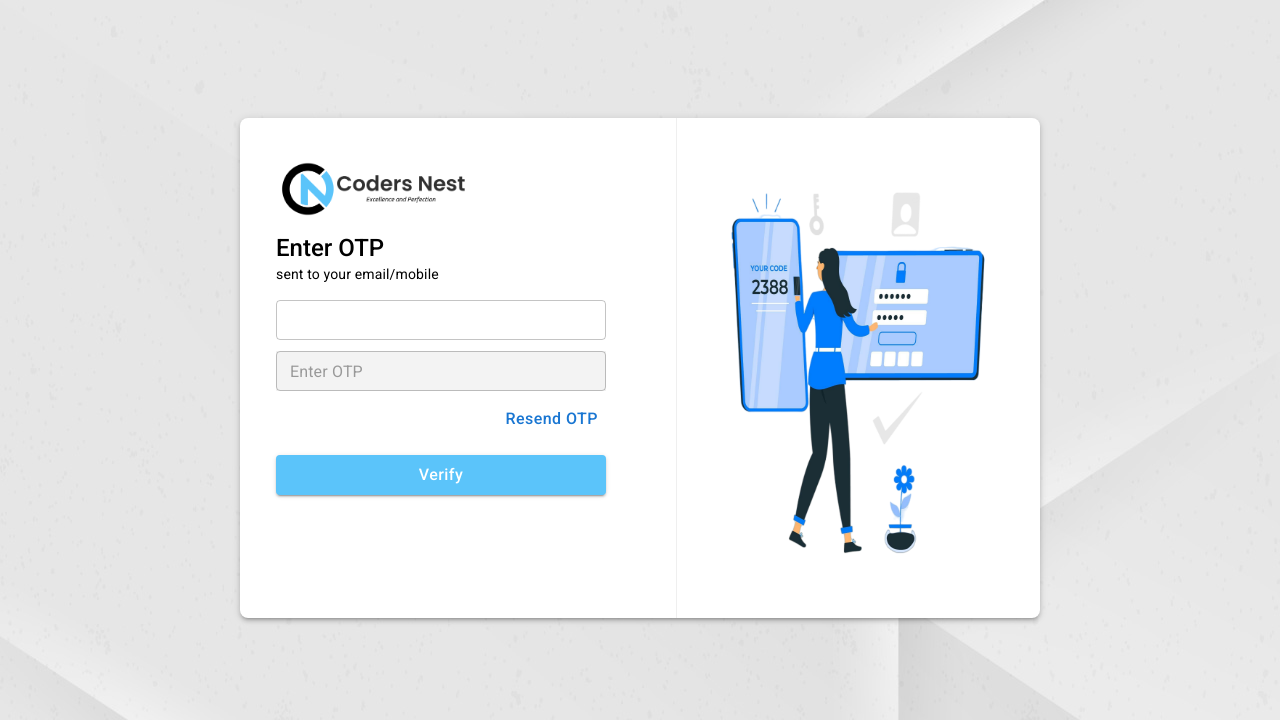
Repository: wajahadalishaik04/CN_Books
Page: /otpscreen
The author's editor kept a copy of each file at every save. The page is drawn from the files as they stood at one save, then again after the next save.
The browser window is 1280 px wide. The pictures show the whole page.
The project was rebuilt for these pictures with package versions that can differ from the ones it lists, and the page was loaded fresh each time. Also part of the build but not shown: vite.config.js, src/pages/LoginScreen.jsx, src/pages/Signin.jsx, src/pages/SignUp.jsx, src/pages/VerifyScreen.jsx, src/components/Header.jsx, src/components/SideBar.jsx, src/components/Content.jsx and 7 more.

Above is the page before, as saved 2024-09-30 17:35:23.

### index.html
<!DOCTYPE html>
<html lang="en">
  <head>
    <meta charset="UTF-8" />
    <link rel="preconnect" href="https://fonts.googleapis.com" />
    <link rel="preconnect" href="https://fonts.gstatic.com" crossorigin />
    <link
      rel="stylesheet"
      href="https://fonts.googleapis.com/css2?family=Roboto:wght@300;400;500;700&display=swap"
    />

    <meta name="viewport" content="width=device-width, initial-scale=1.0" />
    <title>CN_BOOKS</title>
  </head>
  <body>

    <div id="root"></div>
    <script type="module" src="/src/main.jsx"></script>
  </body>
</html>

### src/main.jsx
import { createRoot } from 'react-dom/client'
import App from './App.jsx'
import { Provider } from 'react-redux'
import store from './store/store.js'
import './styles/index.css'
createRoot(document.getElementById('root')).render(
 <Provider store={store}>
   <App />
 </Provider>
)

### src/App.jsx
import React from "react";
import LoginScreen from "./pages/LoginScreen";
import { BrowserRouter, Routes, Route, Navigate } from "react-router-dom";
import Signin from "./pages/Signin";
import { useSelector } from "react-redux";
import OtpScreen from "./pages/OtpScreen";
import SignUp from "./pages/SignUp";
import VerifyScreen from "./pages/VerifyScreen";
import DashboardScreen from "./pages/DashboardScreen";
import SideBar from "./components/SideBar";
import Header from "./components/Header";
import Customer from "./pages/Customer";
import WrapComponent from "./pages/WrapComponent";
import Category from "./pages/Category";
import NewCustomer from "./pages/customerscreens/NewCustomer";

const App = () => {
  const { user } = useSelector((e) => e.userReducer);
  return (
    <>
      <BrowserRouter>
        <Routes>
          <Route element={<WrapComponent />}>
            <Route path="/dashboardscreen" element={<DashboardScreen />} />
            <Route path="/customer" element={<Customer />} />
            <Route path="/category" element={<Category />} />
            <Route path="/newcustomer" element={<NewCustomer />} />

          </Route>
          <Route
            path="/"
            element={<Navigate to={user ? "/signin" : "/LoginScreen"} />}
          />
          <Route
            path="/signin"
            element={user ? <Navigate to={"/dashboardscreen"} /> : <Signin />}
          />
          <Route path="/loginscreen" element={<LoginScreen />} />
          <Route path="/otpscreen" element={<OtpScreen />} />
          <Route path="/signup" element={<SignUp />} />
          <Route path="/verifyscreen" element={<VerifyScreen />} />
        </Routes>
      </BrowserRouter>
    </>
  );
};

export default App;

### src/store/store.js
import { configureStore } from "@reduxjs/toolkit";
import { userReducer } from "./reducer";

const store = configureStore({
    reducer:{userReducer}
})
export default store;

### src/styles/index.css
*
{
    margin: 0;
    padding: 0;
    border: none;

}
.img
{
    background-color: red;
    background-clip: content-box;
    -webkit-background-clip: content-box;
    visibility: hidden;
}

### src/pages/OtpScreen.jsx
import React, { useState, useEffect } from "react";
import {
  Box,
  Button,
  TextField,
  Typography,
  Snackbar,
  Alert,
  styled,
} from "@mui/material";
import { images } from "../utils/ImgUtils";
import { useLocation, useNavigate } from "react-router-dom";

const OtpScreen = () => {
  const [otp, setOtp] = useState(""); // Store entered OTP
  const [sentOtp, setSentOtp] = useState(""); // Store generated OTP
  const [error, setError] = useState(""); // Store error messages
  const [resendDisabled, setResendDisabled] = useState(false); // Timer control for Resend OTP button
  const [snackbarOpen, setSnackbarOpen] = useState(false); // Snackbar control
  const [snackbarMessage, setSnackbarMessage] = useState(""); // Snackbar message
  const [timer, setTimer] = useState(0); // Timer state for Resend button

  const navigate = useNavigate();
  const location = useLocation();
  const { emailMobile } = location.state || {};

  // Styled Resend Button
  const ResendOtp = styled(Button)({
    textTransform: "none",
    fontSize: "1rem",
  });

  // Function to generate OTP
  const generateOtp = () => {
    const randomOtp = Math.floor(100000 + Math.random() * 900000).toString(); // Generate a 6-digit OTP
    setSentOtp(randomOtp); // Store the OTP
    return randomOtp;
  };

  // Function to show snackbar
  const handleSnackbarOpen = (message) => {
    setSnackbarMessage(message);
    setSnackbarOpen(true);
  };

  const handleSnackbarClose = () => {
    setSnackbarOpen(false);
  };

  // Function to send OTP (called on "Sent" button click)
  const sendOtp = () => {
    const otp = generateOtp(); // Generate OTP locally
    handleSnackbarOpen(`OTP: ${otp}`); // Show OTP in snackbar
  };

  // Resend OTP with 30-second timer
  const handleResendOtp = () => {
    sendOtp(); // Generate and display the OTP
    setResendDisabled(true);
    setTimer(30); // Set the countdown timer to 30 seconds
  };

  // Timer countdown for the Resend button
  useEffect(() => {
    if (timer > 0) {
      const countdown = setInterval(() => {
        setTimer((prev) => prev - 1);
      }, 1000);

      return () => clearInterval(countdown);
    } else {
      setResendDisabled(false); // Enable the Resend button after timer ends
    }
  }, [timer]);

  // Handle OTP submission and verification
  const handleSubmit = () => {
    if (!otp) {
      setError("OTP is required."); // Show error if no OTP is entered
    } else if (otp !== sentOtp) {
      setError("Invalid OTP. Please try again.");
    } else {
      setError(""); // Clear error on successful OTP
      navigate("/dashboardscreen"); // Navigate to the next screen
    }
  };

  return (
    <Box
      display="flex"
      justifyContent="center"
      alignItems="center"
      width="100%"
      height="100vh"
      sx={{ backgroundImage: "url(/images/BackgroundImg.jpeg)" }}
    >
      <Box
        display="flex"
        bgcolor="#fff"
        boxShadow={3}
        marginTop={2}
        borderRadius="8px"
        overflow="hidden"
        width="800px"
        height="500px"
      >
        {/* Left Side - OTP Form */}
        <Box flex={1} p={4.5} mt={1} component={"form"}>
          <Box flex={1} sx={{ width: "330px" }}>
            <Box display="flex" justifyContent="space-between" alignItems="center">
              <img src={images.codersnestLogo} alt="Logo" style={{ width: 200 }} />
            </Box>
            <Typography variant="h5" fontWeight={500} mt={2}>
              Enter OTP
            </Typography>
            <Typography variant="body2" color="default" mb={2}>
              sent to your email/mobile
            </Typography>

            <TextField
              sx={{ marginBottom: 1.4 }}
              size="small"
              fullWidth
              defaultValue={emailMobile}
              InputProps={{ readOnly: true }} // Read-only input for email/mobile
            />

            <TextField
              size="small"
              type="text"
              placeholder="Enter OTP"
              fullWidth
              value={otp}
              onChange={(e) => setOtp(e.target.value)}
              sx={{
                fontWeight: "500",
                backgroundColor: "#F3F3F3",
                "&:hover": {
                  backgroundColor: "#FFF",
                },
                "& .MuiOutlinedInput-root": {
                  "&.Mui-focused": {
                    backgroundColor: "#EBF9FF",
                    borderColor: "#5BC4FA",
                  },
                },
              }}
              error={!!error} // Show error if there is any
              helperText={error}
            />

            {/* Resend OTP button with timer */}
            <Box sx={{ display: "flex", justifyContent: "flex-end", mt: 1 }}>
              <ResendOtp onClick={handleResendOtp} disabled={resendDisabled}>
                Resend OTP {resendDisabled && `(${timer}s)`}
              </ResendOtp>
            </Box>

            {/* Verify Button */}
            <Button
              onClick={handleSubmit}
              variant="contained"
              fullWidth
              sx={{
                backgroundColor: "#5BC4FA",
                mt: 2,
                textTransform: "none",
                fontSize: "1rem",
              }}
            >
              Verify
            </Button>

            {/* Snackbar for OTP display */}
            <Snackbar
              open={snackbarOpen}
              autoHideDuration={3000}
              onClose={handleSnackbarClose}
              anchorOrigin={{ vertical: "top", horizontal: "center" }}
            >
              <Alert onClose={handleSnackbarClose} severity="info" sx={{ width: "100%" }}>
                {snackbarMessage}
              </Alert>
            </Snackbar>
          </Box>
        </Box>
        <Box sx={{ borderRight: "1.5px solid #EFEFEF" }}></Box>

        {/* Right Side - Illustration Image */}
        <Box
          flex={1}
          display="flex"
          justifyContent="center"
          alignItems="center"
          sx={{ display: { xs: "none", sm: "flex" } }}
        >
          <img src={images.otpImg} alt="Illustration" width="100%" height="100%" objectFit />
        </Box>
      </Box>
    </Box>
  );
};

export default OtpScreen;

### src/store/reducer.js
import { createReducer } from "@reduxjs/toolkit";

export const userReducer = createReducer({user:null},(builder)=>
{
    builder.addCase("loginUser",(state,action)=>
    {
        state.user = action.payload
    })
})

### src/utils/ImgUtils.js
export const images ={
    backgroundImg:"./images/BackgroundImg.jpeg",
    codersnest:"./images/codersnest.png",
    codersnestLogo:"./images/codersnest1.png",
    loginImg:"./images/login_illustration.png",
    otpImg:"./images/otpImg.png",
    signupImg:"./images/signup.png",
    googleicon:"./images/google-color-icon.png",
    facebookicon:"./images/facebook-round-color-icon.png",
    linkedinicon:"./images/linkedin-app-icon.png",
    xicon:"./images/x-social-media-round-icon.png",
    officemanImg:"./images/officeman.png",
    appleicon:"./images/apple.png",
    windowsicon:"./images/windows.png",
    Arrowdownicon:"./images/Arrowdown.png",
    Customericon:"./images/Customer.png",
    Addressicon:"./images/Address.png",
    Passwordicon:"./images/Password.png",
    Accounticon:"./images/Account.png",
    Logouticon:"./images/Logout.png",
    dashboardwhiteicon:"./images/DashboardWhiteIcon.png",
    dashboardicon:"./images/DashboardIcon.png",
    groupcustomericon:"./images/GroupCustomerIcon.png",
    groupcustomerwhiteicon:"./images/GroupCustomerWhiteIcon.png",
    categoryicon:"./images/categoryicon.png",
    categorywhiteicon:"./images/CategoryWhiteIcon.png",
    editicon:"./images/EditIcon.png",
    binicon:"./images/EditIcon.png",
    editicon:"./images/BinIcon.png",
    hiddenicon:"./images/HiddenIcon.png",
    verticaldoticon:"./images/VerticalDots.png",
    dollararrowicon:"./images/dollarArrow.png",
    doticon:"./images/dotIcon.png"
}

After the next save:
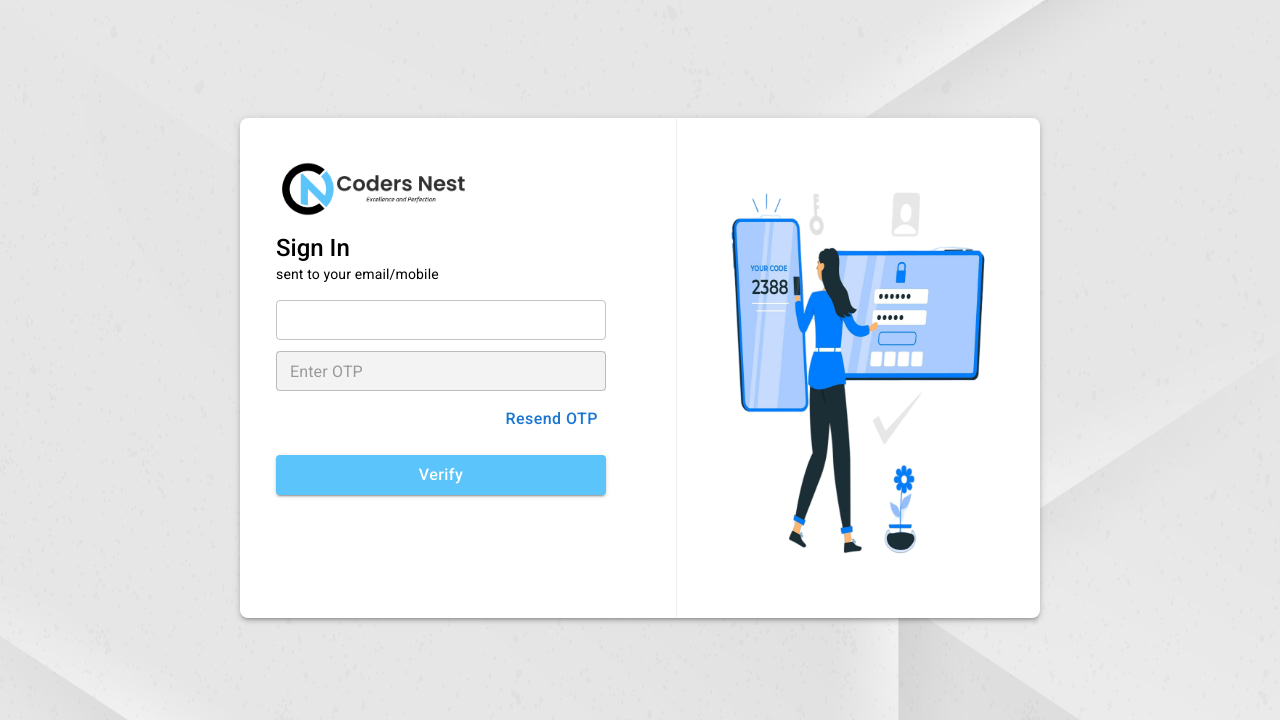
Saved 2 min 23 s later.
--- a/src/pages/OtpScreen.jsx
+++ b/src/pages/OtpScreen.jsx
@@ -111,7 +111,7 @@ const OtpScreen = () => {
               <img src={images.codersnestLogo} alt="Logo" style={{ width: 200 }} />
             </Box>
             <Typography variant="h5" fontWeight={500} mt={2}>
-              Enter OTP
+              Sign In
             </Typography>
             <Typography variant="body2" color="default" mb={2}>
               sent to your email/mobile
